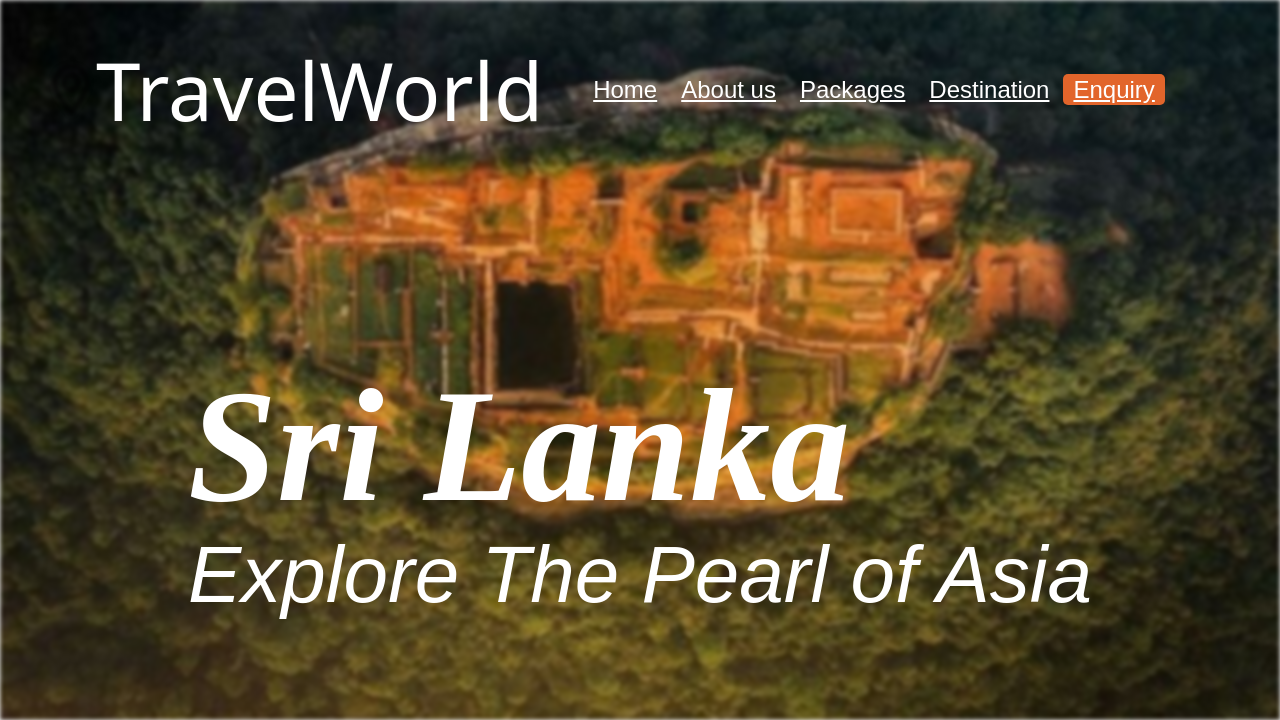
Repository: Haakim19/TavelWorld
Page: HTML/Home.html
The author's editor kept a copy of each file at every save. The page is drawn from the files as they stood at one save, then again after the next save.
The browser window is 1280 px wide. The pictures show the whole page.
Some web fonts or font styles are not loaded; a fallback is used.

Above is the page before, as saved 2024-11-02 11:04:21.

### HTML/Home.html
<!DOCTYPE html>
<html lang="en">
    <head>
        <meta charset="UTF-8" />
		<meta name="viewport" content="width=device-width, initial-scale=1.0" />
		<title>Travel World</title>
		<link rel="stylesheet" href="../CSS/Navbar.css" />
        <link rel="preconnect" href="https://fonts.googleapis.com">
        <link rel="preconnect" href="https://fonts.gstatic.com" crossorigin>
        <link href="https://fonts.googleapis.com/css2?family=Irish+Grover&family=Jaldi:wght@400;700&family=Playwrite+GB+S:ital,wght@0,100..400;1,100..400&display=swap" rel="stylesheet">
	</head>
	<body>
        <div class="bg-img">

            <!-- Navigation Bar -->
            <nav class="navbar">
                <div class="logo">
                    <img src="../Assets/icon/location.png" alt="" />
                    Travel <span>World</span>
                </div>
                <div class="page">
                    <a href="Home.html">Home</a>
                    <a href="Aboutus.html">About us</a>
                    <a href="Packages.html">Packages</a>
                    <a href="Destination.html">Destination</a>
                    <a href="Enquiry.html" class="enquiry-btn">Enquiry</a>
                </div>
            </nav>
            <!-- Hero Section -->
            <section class="hero">
                <div class="hero-overlay">
                    <h1>Sri Lanka</h1>
                    <p>Explore The Pearl of Asia</p>
                </div>
            </section>
            <img class="hero-img" src="../Assets/Images/Pic01.jpg" alt="">
        </div>
	</body>
</html>

### CSS/Navbar.css
body{
    margin: 0;
    padding: 0;
    /* background-color: #ffffff; */
}
/* Background image */
.bg-img img{
    width: 100%;
    height: 100%;
    object-fit: cover;
    filter: blur(2px);
}

.hero-img {
    position:absolute;
    top: 0;
    z-index: 1;
    background-color:black;
}
/* Navigation bar */
nav{
    position: relative;
    display: flex;
    align-items: center;
    justify-content: space-between;
    z-index: 1000;
    padding-top: 30px;
}
.logo{
    margin-left: 5vh;
    font-family: "Irish Grover", system-ui;
    color: #ffffff;
    font-size: 5rem;
    display: flex;
    justify-content:center;
    align-items: center;
    padding: 5px 10px 5px 10px;
}
.logo img{
    width: 50px;
    height: 50px;
    color: #ffffff;
}

.page {
    margin-right : 16vh;

}

.page a{
    /* display: flex; */
    font-size: 1.5rem;
    color: #ffffff;
    font-family:"Jaldi", sans-serif;
    justify-content: space-evenly;
    align-items: center;
    padding: 2px 10px 2px 10px;

}
.page .enquiry-btn{
    background-color:#E2652B;
    color: white;
    border-radius: 5px;
}
section {
    position: relative;
    z-index: 1000;
    color: #ffffff;
    display: flex;
    flex-direction: column;
    justify-content: center;
    align-items: center;
    margin-top: 10vh;
    margin-left: 10vh;


}

.hero .hero-overlay h1 {
    /* margin-right: 10vh; */
    font-family: "Just Another Hand", cursive;
    font-weight: 700;
    font-style:italic;
    font-size: 10rem;
    margin-bottom: -10px;
}

.hero .hero-overlay p {
    margin-top: auto;
    font-family:"Jaldi", sans-serif;
    font-weight: 500;
    font-style:italic;
    font-size: 5rem;
    margin-right: 10vh;
}

After the next save:
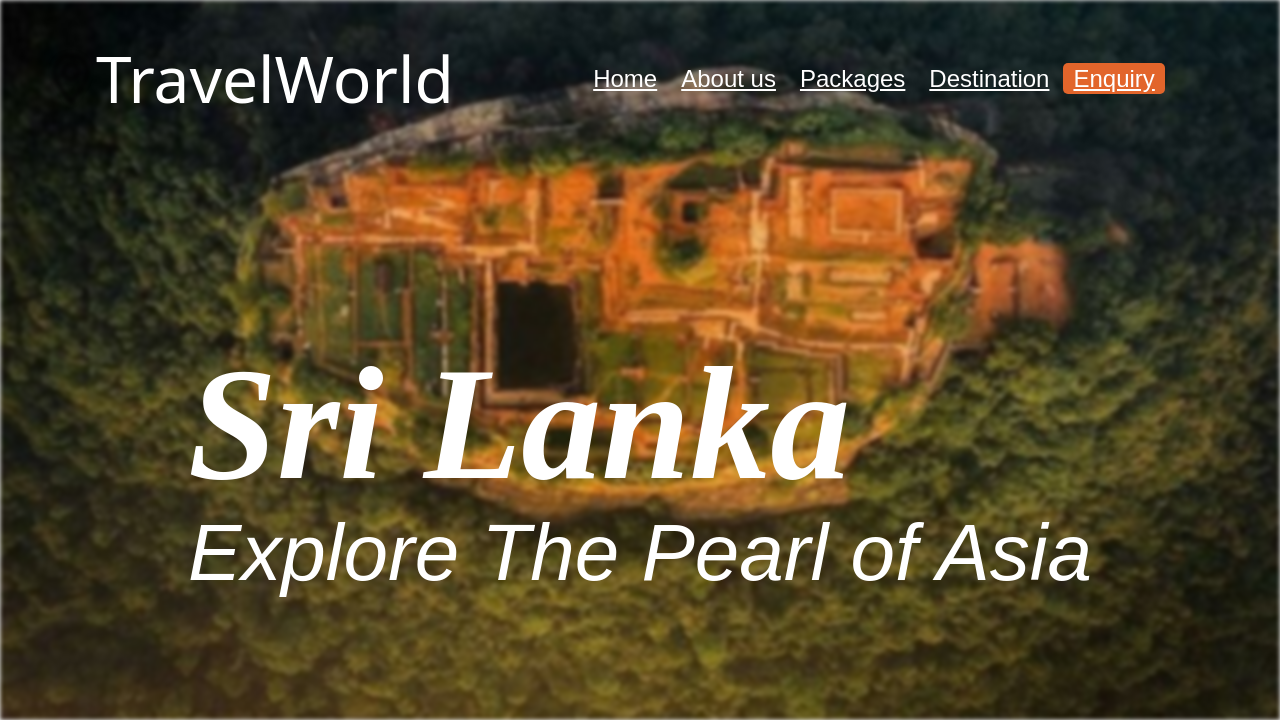
Saved 5 s later.
--- a/CSS/Navbar.css
+++ b/CSS/Navbar.css
@@ -30,7 +30,7 @@ nav{
     margin-left: 5vh;
     font-family: "Irish Grover", system-ui;
     color: #ffffff;
-    font-size: 5rem;
+    font-size: 4rem;
     display: flex;
     justify-content:center;
     align-items: center;
